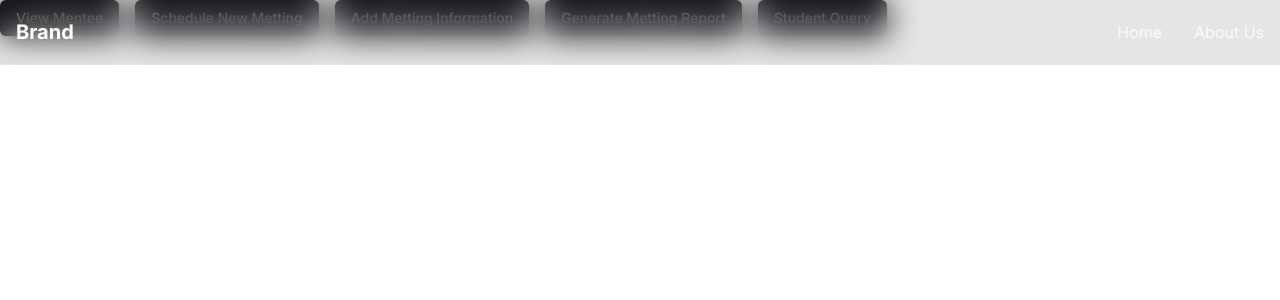
Repository: gauravbhindwar/mentorlink
Page: /pages/mentor/mentordashboard
The author's editor kept a copy of each file at every save. The page is drawn from the files as they stood at one save, then again after the next save.
The browser window is 1280 px wide. The pictures show the whole page.
The project was rebuilt for these pictures with package versions that can differ from the ones it lists, and the page was loaded fresh each time. The framework's server and built-in components were replaced by stand-ins that run in the browser. Also part of the build but not shown: next.config.js, next.config.ts.

Above is the page before, as saved 2024-11-07 01:25:34.

After the next save:
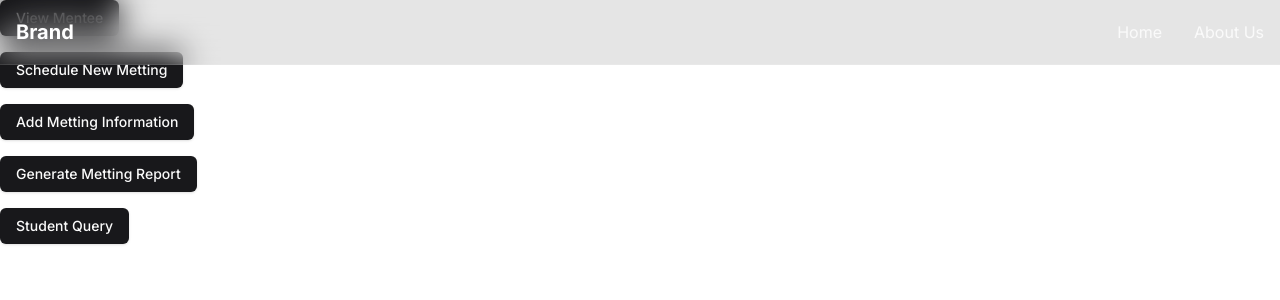
Saved 5 s later.
--- a/src/components/mentor/MentorDashBoard.jsx
+++ b/src/components/mentor/MentorDashBoard.jsx
@@ -3,7 +3,7 @@ import { Button } from '../ui/button'
 
 const MentorDashBoard = () => {
     return (
-        <div className='flex flex-row gap-4 w-full'>
+        <div className='flex flex-col gap-4 w-full'>
             <div>
                 <Button>
                     View Mentee
